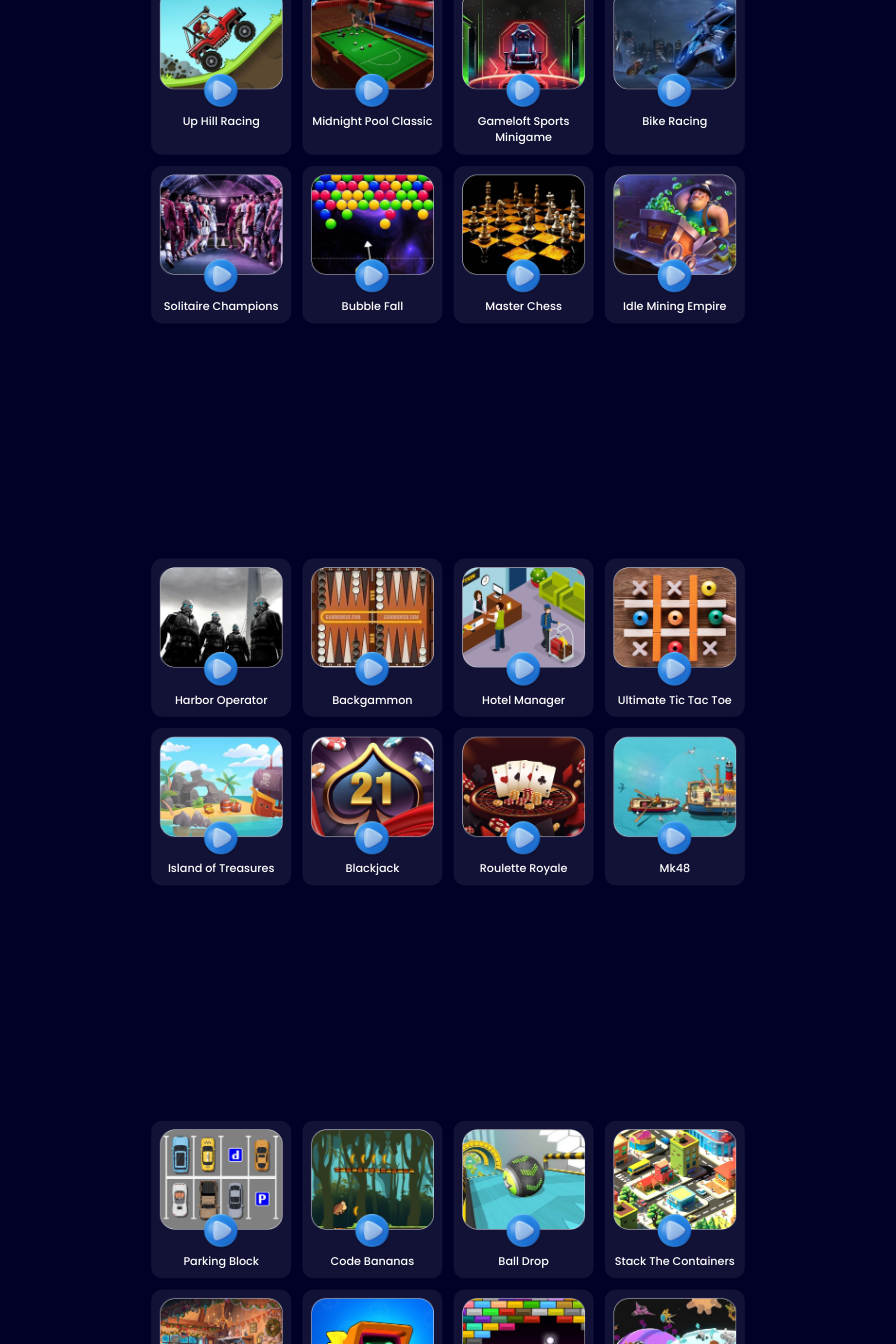
Repository: meenadabhii/jpygames.com
Page: http://localhost/
The author's editor kept a copy of each file at every save. The page is drawn from the files as they stood at one save, then again after the next save.
The browser window is 1280 px wide. The pictures show the part of the page from y = 440 to 2360 px (the page is 7329 px tall before and 7401 px after), at 70% of full size.
Some web libraries are served in a nearby version. The page is served by the project's Node server (nodejs/app.js).

Above is the page before, as saved 2025-02-07 14:35:00.

After the next save:
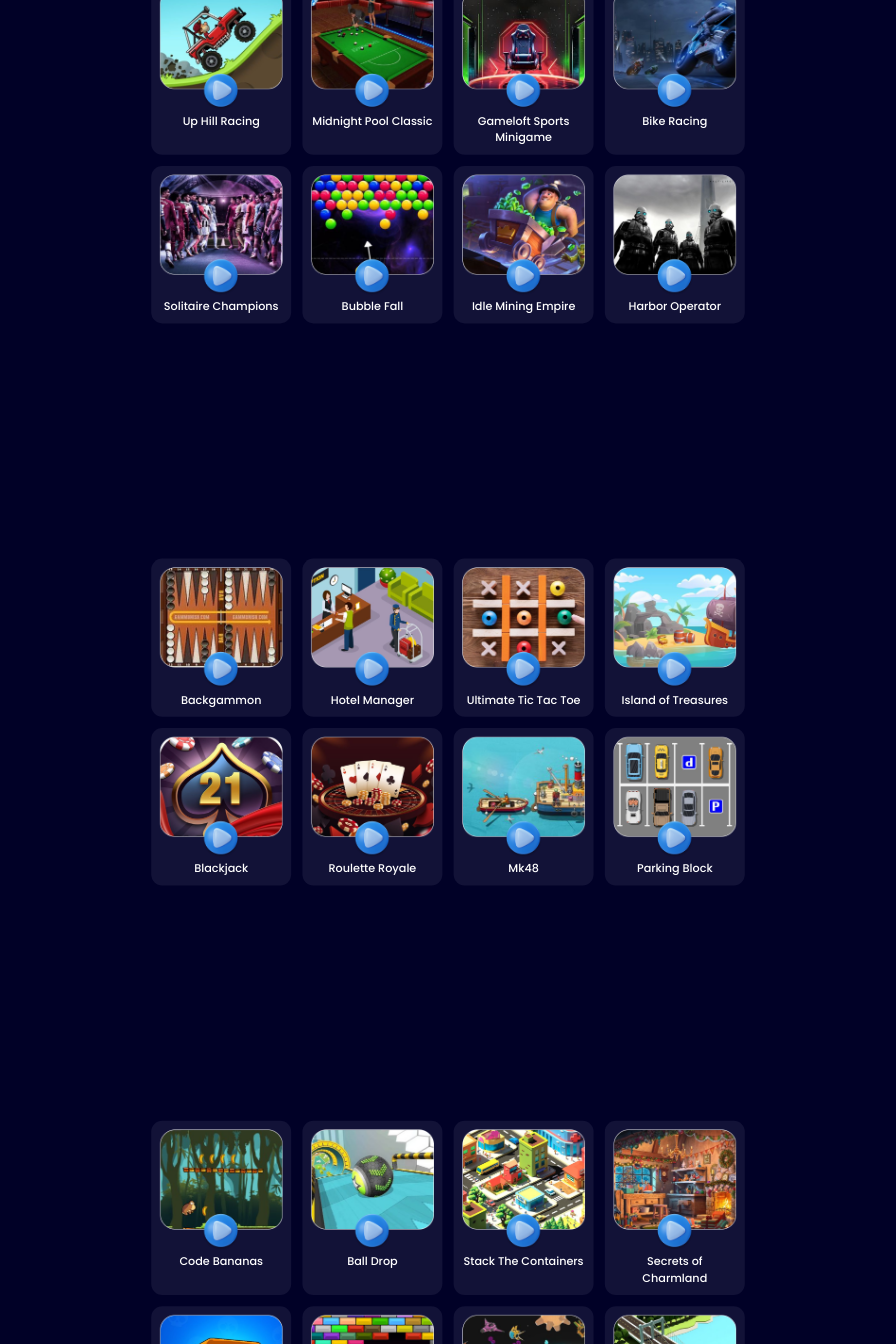
Saved 10 s later.
--- a/nodejs/game.json
+++ b/nodejs/game.json
@@ -43,13 +43,7 @@
         "type":"arcade",
         "url":"https://html5.suncs.io/bubble-fall/msg/"
     },
-    {
-        "slug":"master-chess",
-        "name":"Master Chess",
-        "img":"/image/masterchess.png",
-        "type":"arcade",
-        "url":"https://codethislab.cdn.start.gg/9nrl2nj7l6s1/v6/index.html"
-    },
+
     {
         "slug":"idle-mining-empire",
         "name":"Idle Mining Empire",
